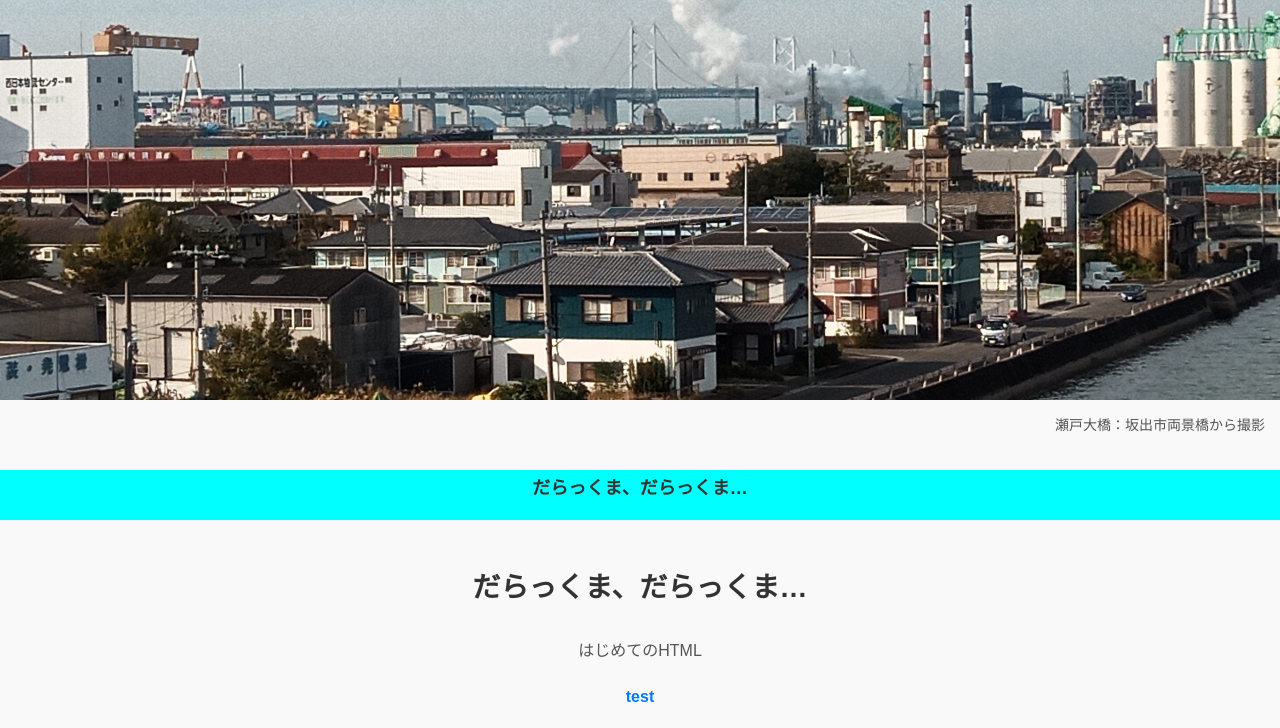
Repository: rydeen7907/html
Page: index.html
The author's editor kept a copy of each file at every save. The page is drawn from the files as they stood at one save, then again after a run of saves.
The browser window is 1280 px wide. The pictures show the whole page.

Above is the page before, as saved 2025-04-26 18:15:14.

### index.html
<!DOCTYPE html>
<html lang="ja">
<head>
    <meta charset="UTF-8">
    <meta name="viewport" content="width=device-width, initial-scale=1.0">
    <title>だらっくまのサイト</title>
    <!-- スタイルシートの読み込み -->
    <link rel="stylesheet" href="style.css">
    <style>
        /* 基本的なスタイル */
        body {
                font-family: Arial, sans-serif;
                margin: 0;
                padding: 0;
                background-color: #f9f9f9;
                text-align: center;
        }
        /* ヘッダー画像 */
        .header-image {
            width: 100%;
            max-width: auto;
            height: 400px; /* width に合わせて高さを自動調整 */
            display: block; /* 中央配置 */
            margin: 0 auto; /* 中央配置 */
            object-fit: cover; /* 画像の比率を維持 */
        }

        /* 画像の説明文 */
        .image-caption {
            text-align: right; /* 右配置 */
            font-size: 14px; /* フォントサイズ */
            padding-right: 15px; /* 右側の余白 */
            color: #555; /* 文字色 */
            margin-top: 5px; /* 上部のマージン */
            margin-bottom: 25px; /* 下部のマージン */
        }

        /* メイン h1 */
        h1 {
            text-align: center; /* 中央配置 */
            color: #333; /* 文字色 */
            margin: 20px 0; /* 上下のマージン */
            margin-top: 40px; /* 上部のマージン */
            margin-bottom: 20px; /* 下部のマージン */
            font-size: 28px; /* フォントサイズ */
            font-weight: bold; /* 太字 */
        }

        /* 段落 p */
        p {
            text-align: center; /* 中央配置 */
            color: #555; /* 文字色 */
            font-size: 16px; /* フォントサイズ */
            margin: 10px 0; /* 上下のマージン */
            line-height: 30px; /* 行間 */
        }

        /* リンク a */
        a {
            color: #007BFF; /* リンクの色 */
            text-decoration: none; /* 下線を消す */
            font-size: 16px; /* フォントサイズ */
            font-weight: bold; /* 太字 */
            margin-top: 15px; /* 上マージン */
            margin-bottom: 15px; /* 下マージン */
            display: block; /* ブロック要素にして中央配置 */
            text-align: center; /* 中央配置 */
            transition: color 0.3s; /* 色の変化を滑らかに */

        }
        a:hover,
        a:focus {
            color: #0056b3; /* ホバー時の色 */
            text-decoration: underline; /* ホバー時の下線 */
        }
    </style>
</head>
<body>
    <!-- ヘッダー画像の挿入 -->
    <img src="./image/ryokeibridge.jpg" alt="Header Image" class="header-image">
    <!-- 画像の説明文 -->
    <p class="image-caption">瀬戸大橋：坂出市両景橋から撮影</p>
    <!-- スクロールテキストコンテナ -->
    <div class="scrolling-text-container">
        <class="scrolling-text">だらっくま、だらっくま…</div>

    <!-- brタグはcssのマージンで代用 -->
    <h1>だらっくま、だらっくま…</h1>
    <p>はじめてのHTML</p>
    <a href="test.html">test</a>
</body>
</html>

### style.css
/* 基本的なスタイル */
body {
    font-family: Arial, sans-serif;
    line-height: 2.0; /* 行間を読みやすく調整 (例：2.0倍 px,%,emでも可能) */
    margin: 0; /* ブラウザデフォルトのマージンをリセット */
    padding: 0; /* ブラウザデフォルトのパディングをリセット */
    background-color: #f4f4f4; /* 背景色を薄いグレーに設定 */
    color: #333; /* 文字色を濃いグレーに設定 */
    padding-bottom: 50px; /* ページ下部のパディングを追加 */
}

/* ヘッダーのスタイル */
.header-image {
    width: 100%;
    /* max-width: auto; は width: 100%; があれば不要 */
    height: 400px;
    display: block; /* 中央配置のためブロック要素に */
    margin: 0 auto; /* 上下のマージンは０、左右は自動で中央揃え */
    object-fit: cover; /* 画像のアスペクト比を維持、要素に合わせる */
}

/* 画像の説明文 */
.image-caption {
    text-align: right; /* 右寄せ */
    font-size: 14px; /* フォントサイズを小さく */
    padding: 5px 15px; /* 上下のパディングと左右のパディングを追加 */
    color: #555; /* 文字色を薄いグレーに */
    margin-top:\ 5px; /* 上部のマージンを追加 */
    margin-bottom: 25px; /* 下部のマージンを追加 */
}

/* メインコンテンツのスタイル */
.h1 {
    text-align: center; /* 中央配置 */
    color: #333; /* 文字色を濃いグレーに */
    margin: 20px 0; /* 上下のマージンを追加 */
    margin-top: 40px; /* 上部のマージンを追加 */
    margin-bottom: 20px; /* 下部のマージンを追加 */
    font-size: 28px; /* フォントサイズ */
    font-weight: bold; /* 太字に設定 */
}

/* スクロールテキストコンテナ */
.scrolling-text-container {
    width: 100%; /* 幅を100%に設定 */
    height: 50px; /* 高さを50pxに設定 */
    overflow: hidden; /* はみ出た部分を隠す */
    white-space: nowrap; /* 文字を折り返さない */
    box-sizing: border-box; /* パディングとボーダーを含めたサイズ計算 */
    position: relative; /* 相対位置に設定 */
    background-color: aqua; /* 背景色をアクアに設定 */
    margin-top: 20px; /* 上部のマージンを追加 */
    margin-bottom: 20px; /* 下部のマージンを追加 */
    text-align: center; /* 中央配置 */
    font-size: 18px; /* フォントサイズ */
    font-weight: bold; /* 太字に設定 */
    color: #333; /* 文字色を濃いグレーに */
}

/* スクロールテキスト */
.scrolling-text {
    display: inline-block; /* インラインブロック要素に設定 */
    padding-left: 100%; /* 左側にパディングを追加 */
    position: absolute; /* 絶対位置に設定 */
    width: 100%; /* 幅を100%に設定 */
    height: 50px; /* 高さを50pxに設定 */
    top: 0; /* 上端に配置 */
    left: 0; /* 左端に配置 */
    animation: scroll-text-animation 10s linear infinite; /* アニメーションを適用 */
    font-size: 18px; /* フォントサイズ */
    font-weight: bold; /* 太字に設定 */
    margin: 0; /* コンテナ内でのマージンを削除 */
}

/* スクロールアニメーションの定義 */
@keyframes scroll-left {
    0% {
        transform: translateX(0); /* 開始位置 */
    }
    100% {
        /* テキスト自身の幅だけ左に移動させる */
        transform: translateX(-100%);
    }
}


/* 段落 p */
p {
    text-align: center; /* 中央配置 */
    margin-top: 25px; /* 上下のマージンを追加 */
    margin-bottom: 25px;
    font-size: 16px; /* フォントサイズ */
}

/* リンク a */
a {
    text-decoration: none; /* 下線を削除 */
    color: #ff0000; /* 文字色を赤に */
    display: block;
    text-align: center; /* 左寄せ */
    margin-top: 10px; /* 上部のマージンを追加 */
    margin-bottom: 10px; /* 下部のマージンを追加 */
    font-size: 16px; /* フォントサイズ */
    font-weight: bold; /* 太字に設定 */
    transition: color 0.3s; /* ホバー時の色変更にトランジションを追加 */
}

/* ホバー時のスタイル */
a:hover,
a:focus { /* ホバーとフォーカス時に適用するスタイル */
    text-decoration: underline; /* 下線を追加 */
    color: #ff8000; /* ホバー時の文字色をオレンジに変更 */
}

After the next 2 saves:
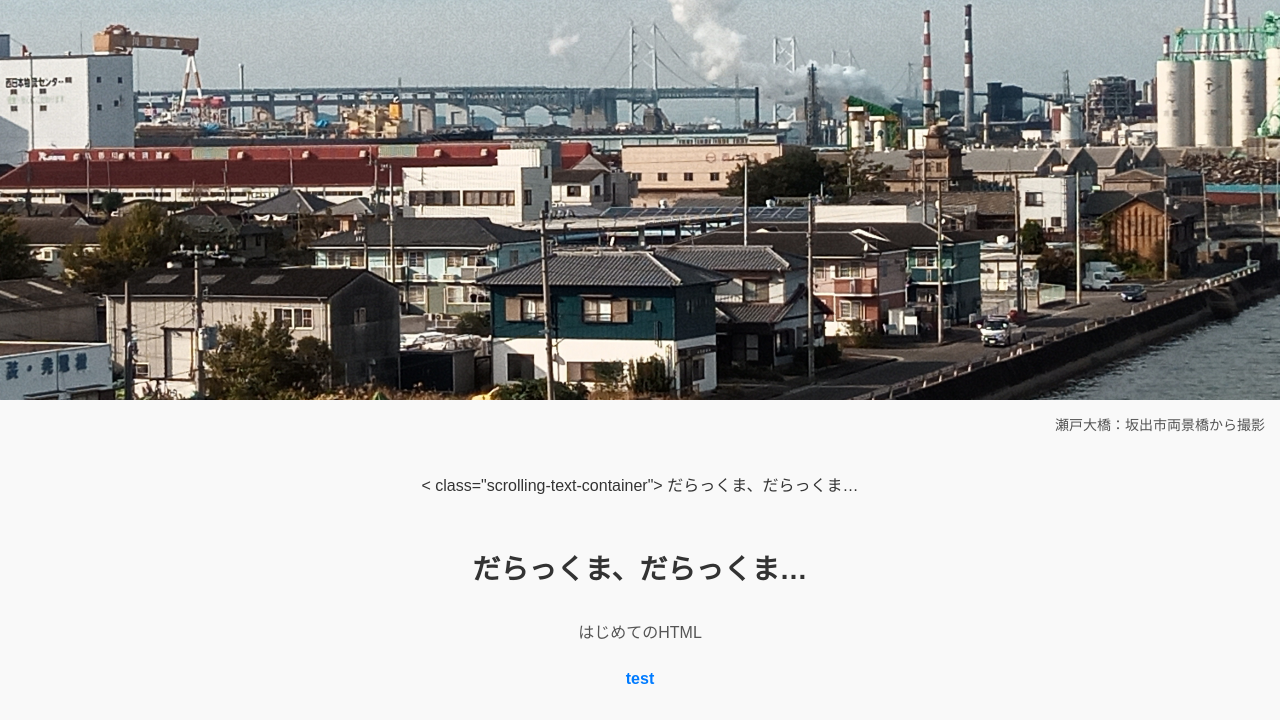
The 2 saves are shown as one change because they came seconds apart.
The last was saved 9 s later.
--- a/index.html
+++ b/index.html
@@ -81,7 +81,7 @@
     <!-- 画像の説明文 -->
     <p class="image-caption">瀬戸大橋：坂出市両景橋から撮影</p>
     <!-- スクロールテキストコンテナ -->
-    <div class="scrolling-text-container">
+    < class="scrolling-text-container">
         <class="scrolling-text">だらっくま、だらっくま…</div>
 
     <!-- brタグはcssのマージンで代用 -->
